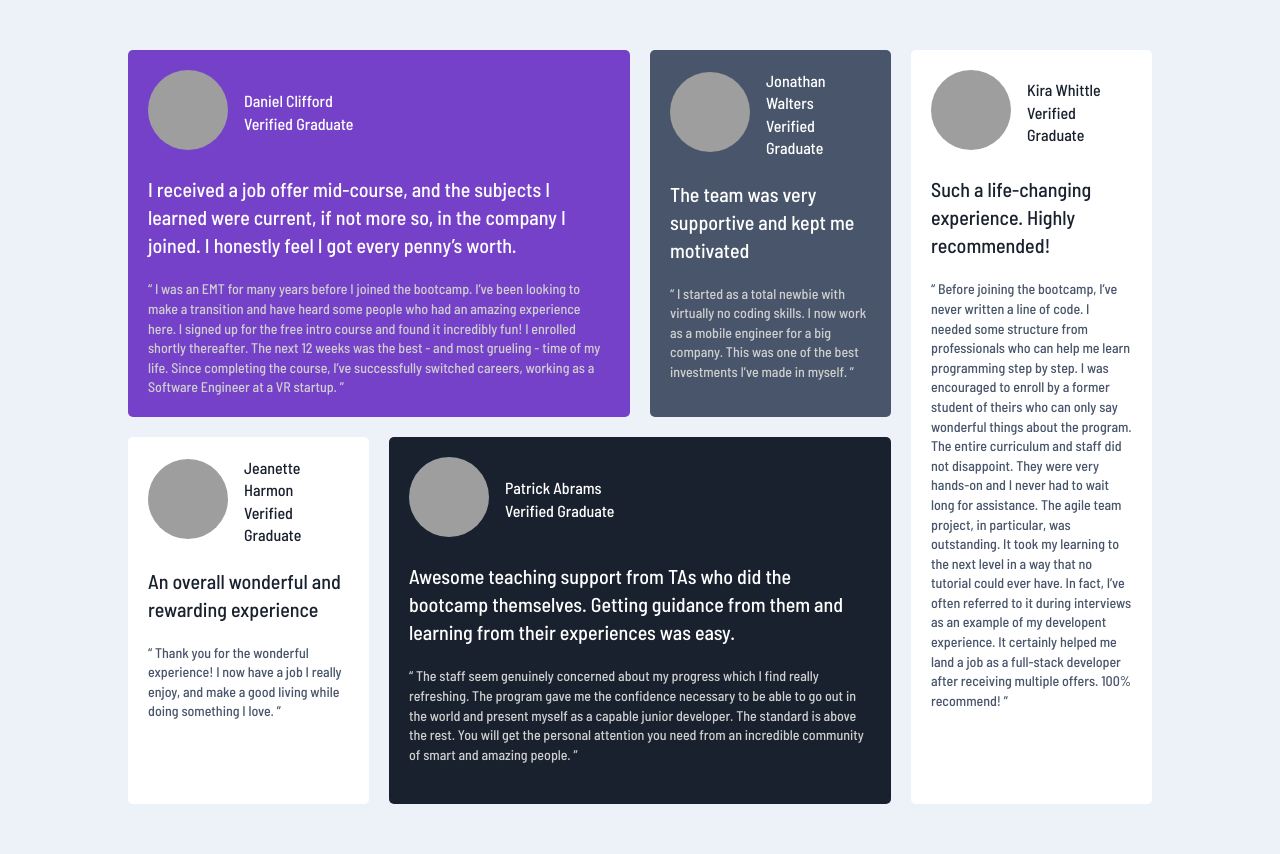
Repository: nptg3105/lab02-testimonials-grid
Page: index.html
These files come from the project's save history. The page is drawn as it stood at one moment and after the next save; the edit follows.
The browser window is 1280 px wide. The pictures show the whole page.
Pictures or frames that could not be fetched are drawn as grey boxes. The style sheet was rebuilt from its Sass, Less or Tailwind sources for each picture, by a compiler version that may differ from the author's.

Above is the page before, as saved 2021-12-08 06:01:45.

### index.html
<!DOCTYPE html>
<html lang="en">
  <head>
    <meta charset="UTF-8" />
    <meta http-equiv="X-UA-Compatible" content="IE=edge" />
    <meta name="viewport" content="width=device-width, initial-scale=1.0" />
    <title>Lab02 - Testimonials</title>
    <link rel="stylesheet" href="style.css" />
    <link
      href="https://fonts.googleapis.com/css2?family=Barlow+Semi+Condensed:wght@400;500;700&display=swap"
      rel="stylesheet"
    />
  </head>
  <body>
    <div class="container">
      <div class="testimonials">
        <div class="testimonials__item testimonials__item--violet">
          <div class="author">
            <div class="author__avatar">
              <img
                src="https://images.unsplash.com/photo-1570295999919-56ceb5ecca61?ixlib=rb-1.2.1&ixid=MnwxMjA3fDB8MHxzZWFyY2h8OHx8bWFufGVufDB8fDB8fA%3D%3D&auto=format&fit=crop&w=500&q=60"
                alt=""
              />
            </div>
            <div class="author__name">
              Daniel Clifford <br />
              Verified Graduate
            </div>
          </div>
          <div class="testimonials__heading">
            I received a job offer mid-course, and the subjects I learned were
            current, if not more so, in the company I joined. I honestly feel I
            got every penny’s worth.
          </div>
          <div class="testimonials__desc">
            “ I was an EMT for many years before I joined the bootcamp. I’ve
            been looking to make a transition and have heard some people who had
            an amazing experience here. I signed up for the free intro course
            and found it incredibly fun! I enrolled shortly thereafter. The next
            12 weeks was the best - and most grueling - time of my life. Since
            completing the course, I’ve successfully switched careers, working
            as a Software Engineer at a VR startup. ”
          </div>
        </div>
        <div class="testimonials__item testimonials__item--grey">
          <div class="author">
            <div class="author__avatar">
              <img
                src="https://images.unsplash.com/photo-1570295999919-56ceb5ecca61?ixlib=rb-1.2.1&ixid=MnwxMjA3fDB8MHxzZWFyY2h8OHx8bWFufGVufDB8fDB8fA%3D%3D&auto=format&fit=crop&w=500&q=60"
                alt=""
              />
            </div>
            <div class="author__name">
              Jonathan Walters <br />
              Verified Graduate
            </div>
          </div>
          <div class="testimonials__heading">
            The team was very supportive and kept me motivated
          </div>
          <div class="testimonials__desc">
            “ I started as a total newbie with virtually no coding skills. I now
            work as a mobile engineer for a big company. This was one of the
            best investments I’ve made in myself. ”
          </div>
        </div>
        <div class="testimonials__item testimonials__item--tall">
          <div class="author">
            <div class="author__avatar">
              <img
                src="https://images.unsplash.com/photo-1570295999919-56ceb5ecca61?ixlib=rb-1.2.1&ixid=MnwxMjA3fDB8MHxzZWFyY2h8OHx8bWFufGVufDB8fDB8fA%3D%3D&auto=format&fit=crop&w=500&q=60"
                alt=""
              />
            </div>
            <div class="author__name author__name--black">
              Kira Whittle <br />
              Verified Graduate
            </div>
          </div>
          <div class="testimonials__heading testimonials__heading--black">
            Such a life-changing experience. Highly recommended!
          </div>
          <div class="testimonials__desc testimonials__desc--grey">
            “ Before joining the bootcamp, I’ve never written a line of code. I
            needed some structure from professionals who can help me learn
            programming step by step. I was encouraged to enroll by a former
            student of theirs who can only say wonderful things about the
            program. The entire curriculum and staff did not disappoint. They
            were very hands-on and I never had to wait long for assistance. The
            agile team project, in particular, was outstanding. It took my
            learning to the next level in a way that no tutorial could ever
            have. In fact, I’ve often referred to it during interviews as an
            example of my developent experience. It certainly helped me land a
            job as a full-stack developer after receiving multiple offers. 100%
            recommend! ”
          </div>
        </div>
        <div class="testimonials__item testimonials__item--white">
          <div class="author">
            <div class="author__avatar">
              <img
                src="https://images.unsplash.com/photo-1570295999919-56ceb5ecca61?ixlib=rb-1.2.1&ixid=MnwxMjA3fDB8MHxzZWFyY2h8OHx8bWFufGVufDB8fDB8fA%3D%3D&auto=format&fit=crop&w=500&q=60"
                alt=""
              />
            </div>
            <div class="author__name author__name--black">
              Jeanette Harmon <br />
              Verified Graduate
            </div>
          </div>
          <div class="testimonials__heading testimonials__heading--black">
            An overall wonderful and rewarding experience
          </div>
          <div class="testimonials__desc testimonials__desc--grey">
            “ Thank you for the wonderful experience! I now have a job I really
            enjoy, and make a good living while doing something I love. ”
          </div>
        </div>
        <div class="testimonials__item testimonials__item--black">
          <div class="author">
            <div class="author__avatar">
              <img
                src="https://images.unsplash.com/photo-1570295999919-56ceb5ecca61?ixlib=rb-1.2.1&ixid=MnwxMjA3fDB8MHxzZWFyY2h8OHx8bWFufGVufDB8fDB8fA%3D%3D&auto=format&fit=crop&w=500&q=60"
                alt=""
              />
            </div>
            <div class="author__name">
              Patrick Abrams <br />
              Verified Graduate
            </div>
          </div>
          <div class="testimonials__heading">
            Awesome teaching support from TAs who did the bootcamp themselves.
            Getting guidance from them and learning from their experiences was
            easy.
          </div>
          <div class="testimonials__desc">
            “ The staff seem genuinely concerned about my progress which I find
            really refreshing. The program gave me the confidence necessary to
            be able to go out in the world and present myself as a capable
            junior developer. The standard is above the rest. You will get the
            personal attention you need from an incredible community of smart
            and amazing people. ”
          </div>
        </div>
      </div>
    </div>
  </body>
</html>

### style.scss
$font-main:'Barlow Semi Condensed',
sans-serif;
$violet-color:#7541c8;
$grey-color: #48556a;
$light-grey-color: #cfcfcf;
$white-color: #fff;
$bg-color: #ecf2f8;
$black-color: #19212e;

* {
    box-sizing: border-box;
    margin: 0;
    padding: 0;
}

body {
    background-color: $bg-color;
    font-weight: 500;
    // letter-spacing: 2px;
    line-height: 1.4;

}

.container {
    max-width: 1024px;
    margin: 50px auto;

}

.testimonials {
    font-family: $font-main;
    display: grid;
    gap: 20px;
    grid-template-columns: repeat(4, 1fr);
    grid-template-rows: repeat(2, 1fr);
    grid-template-areas: "violet-area violet-area grey-area white-tall-area"
        "white-area black-area black-area white-tall-area";
    color: $white-color;

    &__item {
        border-radius: 5px;
        padding: 20px;

        &--violet {
            background-color: $violet-color;
            grid-area: violet-area;
        }

        &--grey {
            background-color: $grey-color;
            grid-area: grey-area;
        }

        &--tall {
            background-color: $white-color;
            grid-area: white-tall-area;

        }

        &--white {
            background-color: $white-color;
            grid-area: white-area;
        }

        &--black {
            background-color: $black-color;
            grid-area: black-area;
        }
    }

    &__heading {
        margin: 20px 0;
        font-size: 20px;
    }

    &__heading--black {
        color: $black-color;
    }

    &__desc {
        font-size: 14px;
        color: $light-grey-color;
    }

    &__desc--grey {
        color: $grey-color;
    }
}

.author {
    display: flex;
    align-items: center;

    &__name--black {
        color: $black-color;
    }

    &__avatar {
        margin-right: 16px;

        img {
            object-fit: cover;
            width: 80px;
            height: 80px;
            border-radius: 50%;

        }
    }

}

After the next save:
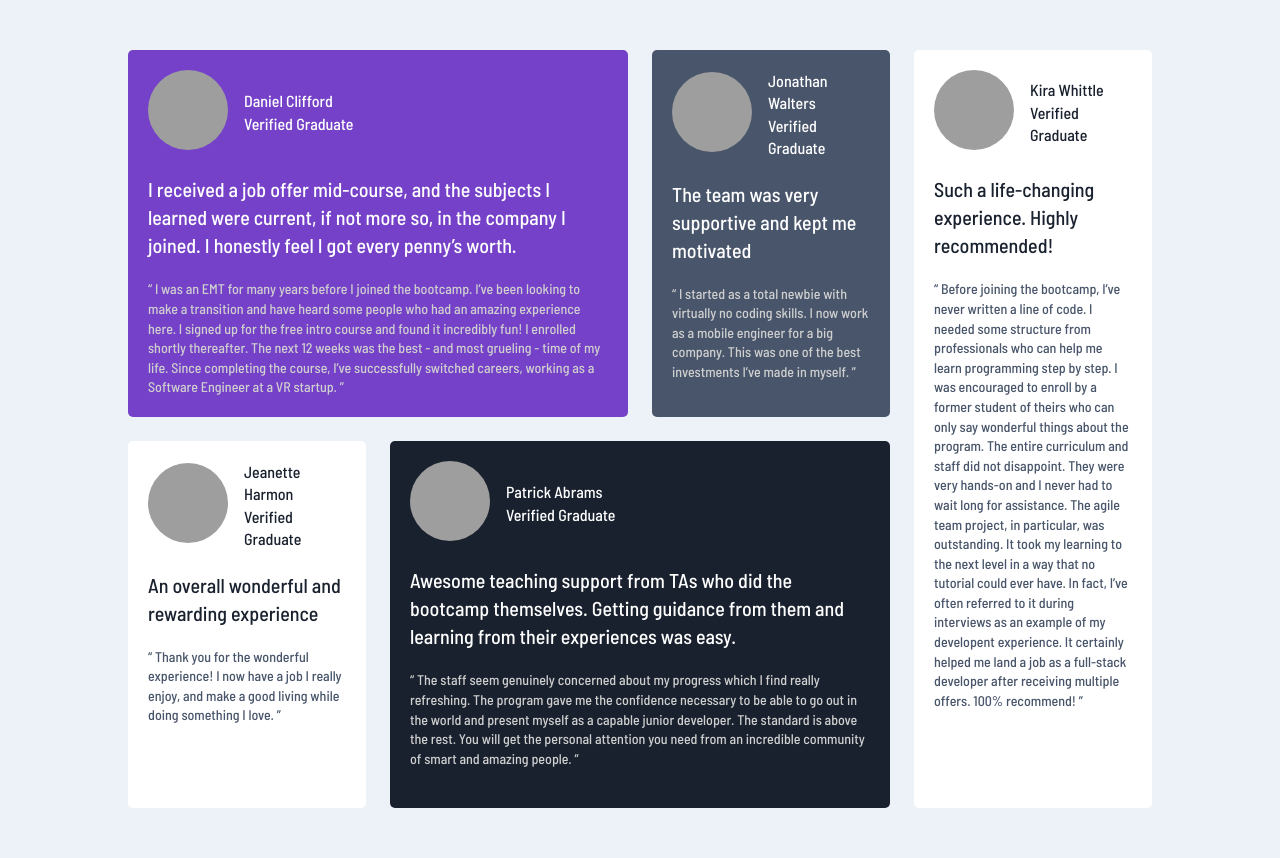
Saved 37 s later.
--- a/style.scss
+++ b/style.scss
@@ -30,7 +30,7 @@ body {
 .testimonials {
     font-family: $font-main;
     display: grid;
-    gap: 20px;
+    gap: 24px;
     grid-template-columns: repeat(4, 1fr);
     grid-template-rows: repeat(2, 1fr);
     grid-template-areas: "violet-area violet-area grey-area white-tall-area"
